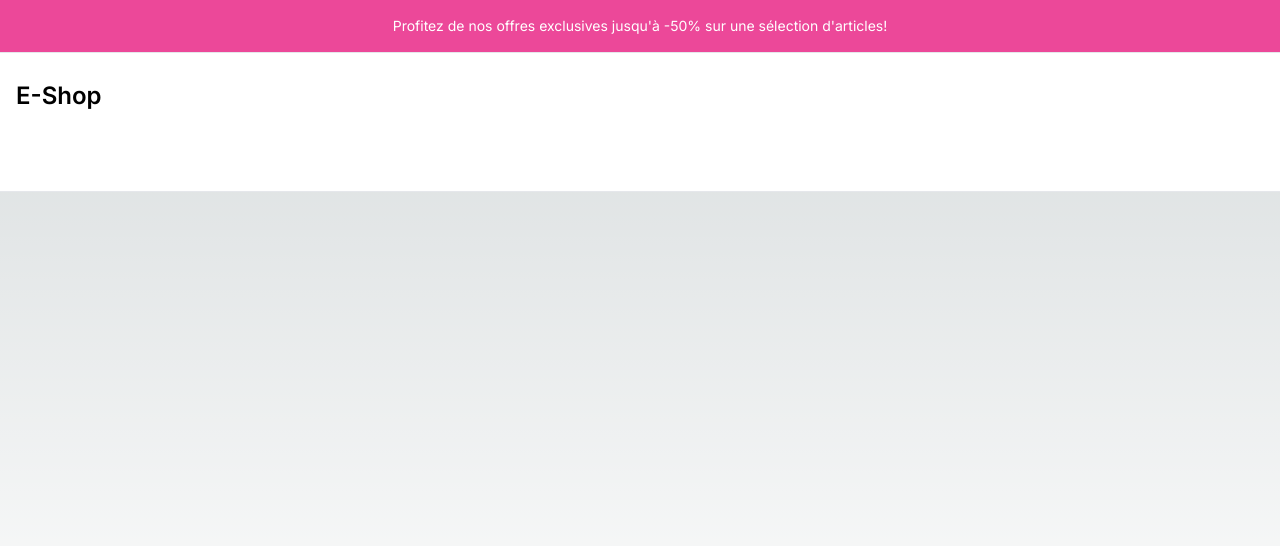
Repository: SDlevelUp/e-shop
Page: /
The author's editor kept a copy of each file at every save. The page is drawn from the files as they stood at one save, then again after a run of saves.
The browser window is 1280 px wide. The pictures show the whole page.
The project was rebuilt for these pictures with package versions that can differ from the ones it lists, and the page was loaded fresh each time. The framework's server and built-in components were replaced by stand-ins that run in the browser. Also part of the build but not shown: next.config.js.

Above is the page before, as saved 2023-08-29 09:13:13.

### src/app/layout.js
import './globals.css'
import { Inter } from 'next/font/google';
import Navbar from '@/components/Navbar/Navbar';
import GlobalState from '@/context';
const inter = Inter({ subsets: ['latin'] })

export const metadata = {
  title: 'E-Shop, votre boutique en ligne',
  description: 'Generated by create next app',
};

export default function RootLayout({ children }) {
  return (
    <html lang="en">
      <head>
        <meta charSet="UTF-8" />
        <meta name="viewport" content="width=device-width, initial-scale=1.0" />
        <title>{metadata.title}</title>
        <meta name="description" content={metadata.description} />
      </head>
      <body className={inter.className}>
        <GlobalState>
          <Navbar />
          <main>{children}</main>
        </GlobalState>
      </body>
    </html>
  )
}

### src/app/page.js
import React from 'react';

function Home() {
  return (
    <main className="flex min-h-screen flex-col items-center justify-between p-24">
      <div>

      </div>
    </main>
  );
}

export default Home;

### src/components/Navbar/Navbar.jsx
"use client";

export default function Navbar() {
    return (
        <>
            <div className="bg-white fixed z-40 w-full top-0 left-0 border-b border-gray-200 h-48">
                <header className="bg-pink-500 z-50 w-full top-0 left-0 border-b border-gray-200 fixed">
                    <div className="max-w-screen-xl flex items-center justify-center mx-auto p-4">
                        <div className="flex items-center cursor-pointer">
                            <span className="text-white text-sm">
                                Profitez de nos offres exclusives jusqu'à -50% sur une sélection d'articles!
                            </span>
                        </div>
                    </div>
                </header>

                <nav className="max-w-screen-xl flex items-center justify-between mx-auto p-4 mt-16" >
                    <div className="flex items-center cursor-pointer">
                        <span className="self-center text-2xl font-semibold whitespace-nowrap">
                            E-Shop
                        </span>
                    </div>
                    {/* Supprimez la div vide */}
                </nav>
            </div>
        </>
    );
}

### src/context/index.js
"use client";

import { createContext } from 'react';

export const GlobalContext = createContext(null);

export default function GlobalState({ children }) {
    return (
        <GlobalContext.Provider value={{}}>{children}</GlobalContext.Provider>
    )
}

Loaded but not shown: src/app/globals.css (common file); tailwind.config.js (common file)

After the next 2 saves:
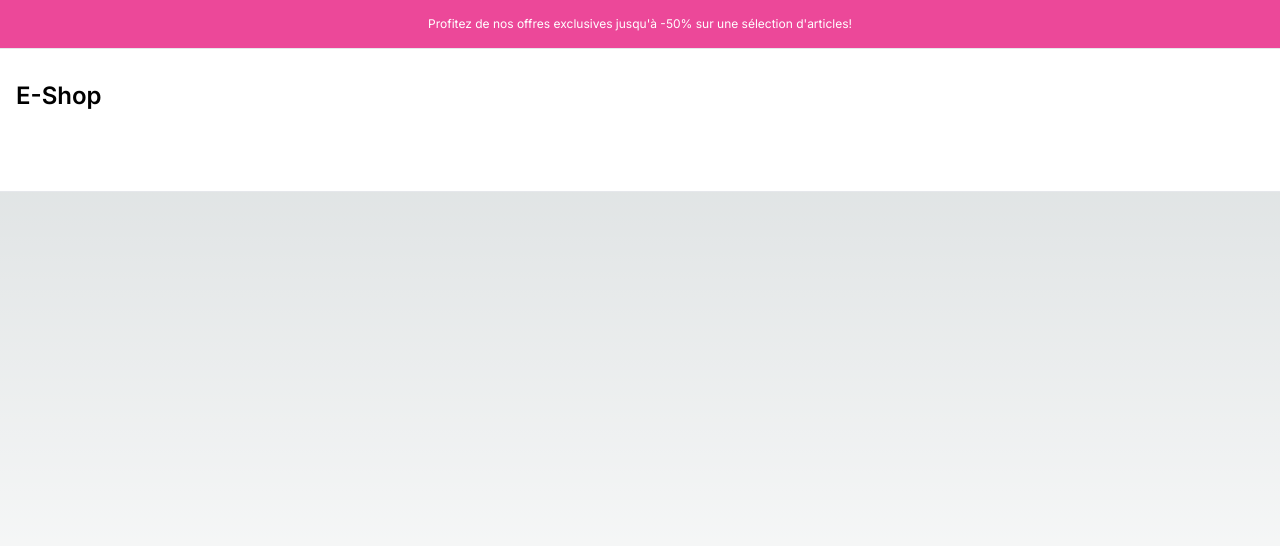
The 2 saves are shown as one change because they came seconds apart.
The last was saved 8 s later.
--- a/src/components/Navbar/Navbar.jsx
+++ b/src/components/Navbar/Navbar.jsx
@@ -7,7 +7,7 @@
                 <header className="bg-pink-500 z-50 w-full top-0 left-0 border-b border-gray-200 fixed">
                     <div className="max-w-screen-xl flex items-center justify-center mx-auto p-4">
                         <div className="flex items-center cursor-pointer">
-                            <span className="text-white text-sm">
+                            <span className="text-white text-xs">
                                 Profitez de nos offres exclusives jusqu'à -50% sur une sélection d'articles!
                             </span>
                         </div>

After the 3 saves that followed:
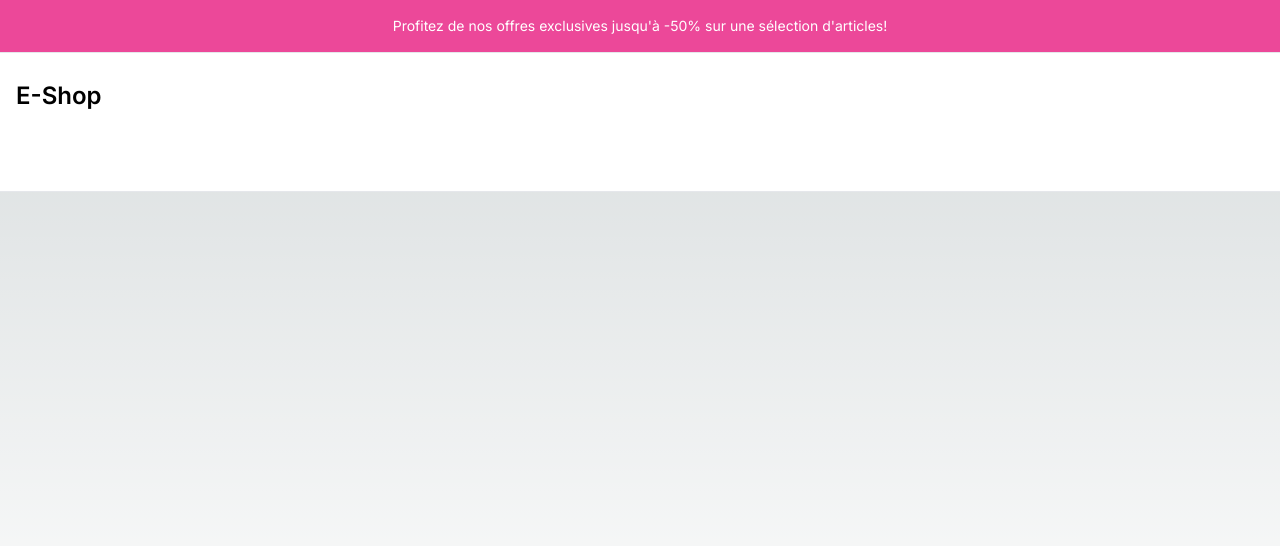
The 3 saves are shown as one change because they came seconds apart.
The last was saved 7 s later.
--- a/src/components/Navbar/Navbar.jsx
+++ b/src/components/Navbar/Navbar.jsx
@@ -7,7 +7,7 @@
                 <header className="bg-pink-500 z-50 w-full top-0 left-0 border-b border-gray-200 fixed">
                     <div className="max-w-screen-xl flex items-center justify-center mx-auto p-4">
                         <div className="flex items-center cursor-pointer">
-                            <span className="text-white text-xs">
+                            <span className="text-white text-sm">
                                 Profitez de nos offres exclusives jusqu'à -50% sur une sélection d'articles!
                             </span>
                         </div>
